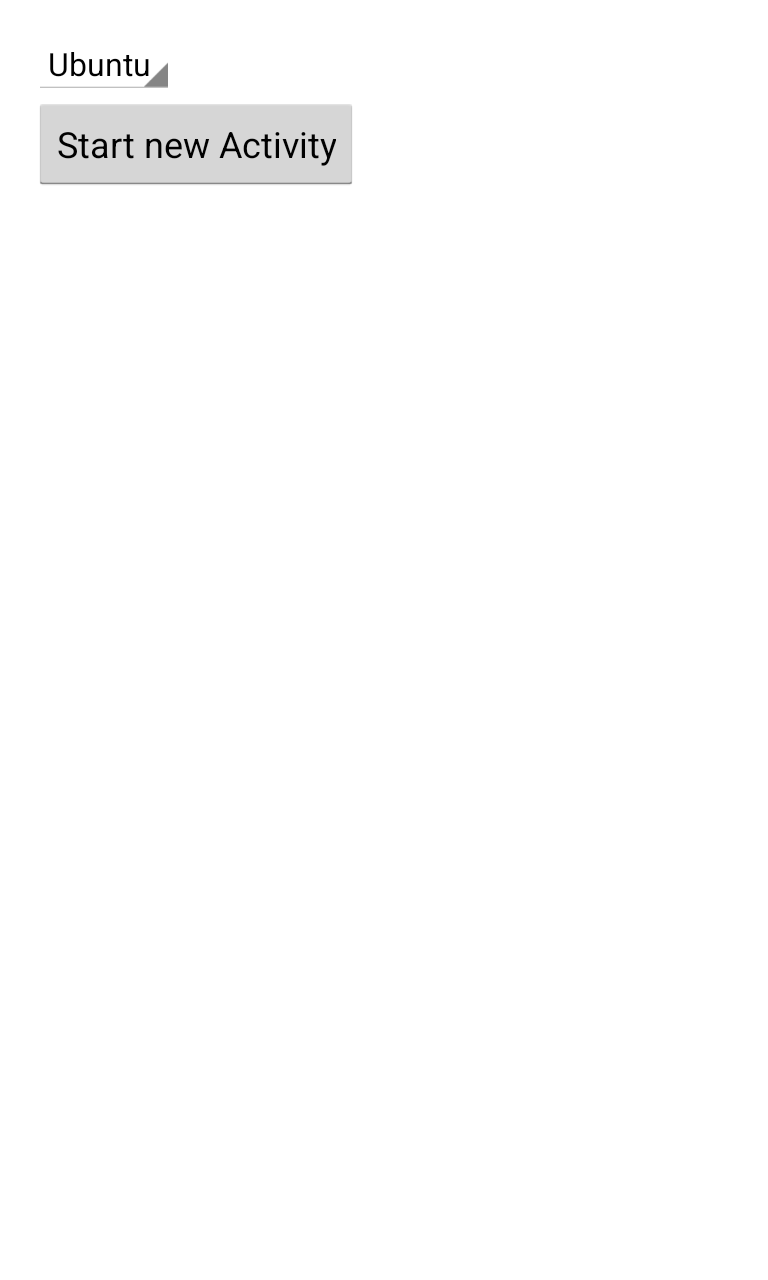
Repository: khaidzir/IF3111-T1-Lifecycle
Layout: Android Life Cycle/LifeCycle/res/layout/activity_main.xml
These files come from the project's save history. The layout is drawn as it stood at one moment and after the next save; the edit follows.
It is drawn on a 768 x 1280 px phone screen (xhdpi) without system bars, with theme AppTheme; the app's code is not run.

Above is the layout before, as saved 2015-02-08 03:11:07.

### Android Life Cycle/LifeCycle/res/layout/activity_main.xml
<LinearLayout xmlns:android="http://schemas.android.com/apk/res/android"
    xmlns:tools="http://schemas.android.com/tools"
    android:id="@+id/LinearLayout1"
    android:layout_width="match_parent"
    android:layout_height="match_parent"
    android:orientation="vertical"
    android:paddingBottom="@dimen/activity_vertical_margin"
    android:paddingLeft="@dimen/activity_horizontal_margin"
    android:paddingRight="@dimen/activity_horizontal_margin"
    android:paddingTop="@dimen/activity_vertical_margin"
    tools:context=".MainActivity" >

    <Spinner
        android:id="@+id/spinner"
        android:layout_width="wrap_content"
        android:layout_height="wrap_content"
        android:layout_marginRight="58dp"
        android:entries="@array/operating_systems" />

    <Button
        android:id="@+id/button1"
        android:layout_width="wrap_content"
        android:layout_height="wrap_content"
        android:onClick="onClick"
        android:layout_gravity="bottom"
        android:text="Start new Activity" />

</LinearLayout>

### Android Life Cycle/LifeCycle/res/values/strings.xml
<?xml version="1.0" encoding="utf-8"?>
<resources>

    <string name="app_name">Life Cycle</string>
    <string name="hello_world">Hello world!</string>
    <string name="action_settings">Settings</string>
    <string-array name="operating_systems">
        <item >Ubuntu</item>
        <item >Android</item>
        <item >iOS</item>
    </string-array>

</resources>

Loaded but not shown: Android Life Cycle/LifeCycle/res/values/styles.xml (common file); Android Life Cycle/LifeCycle/res/values-v11/styles.xml (common file); Android Life Cycle/LifeCycle/res/values-v14/styles.xml (common file); Android Life Cycle/LifeCycle/res/values/dimens.xml (common file); Android Life Cycle/LifeCycle/res/values-w820dp/dimens.xml (common file)

After the next save:
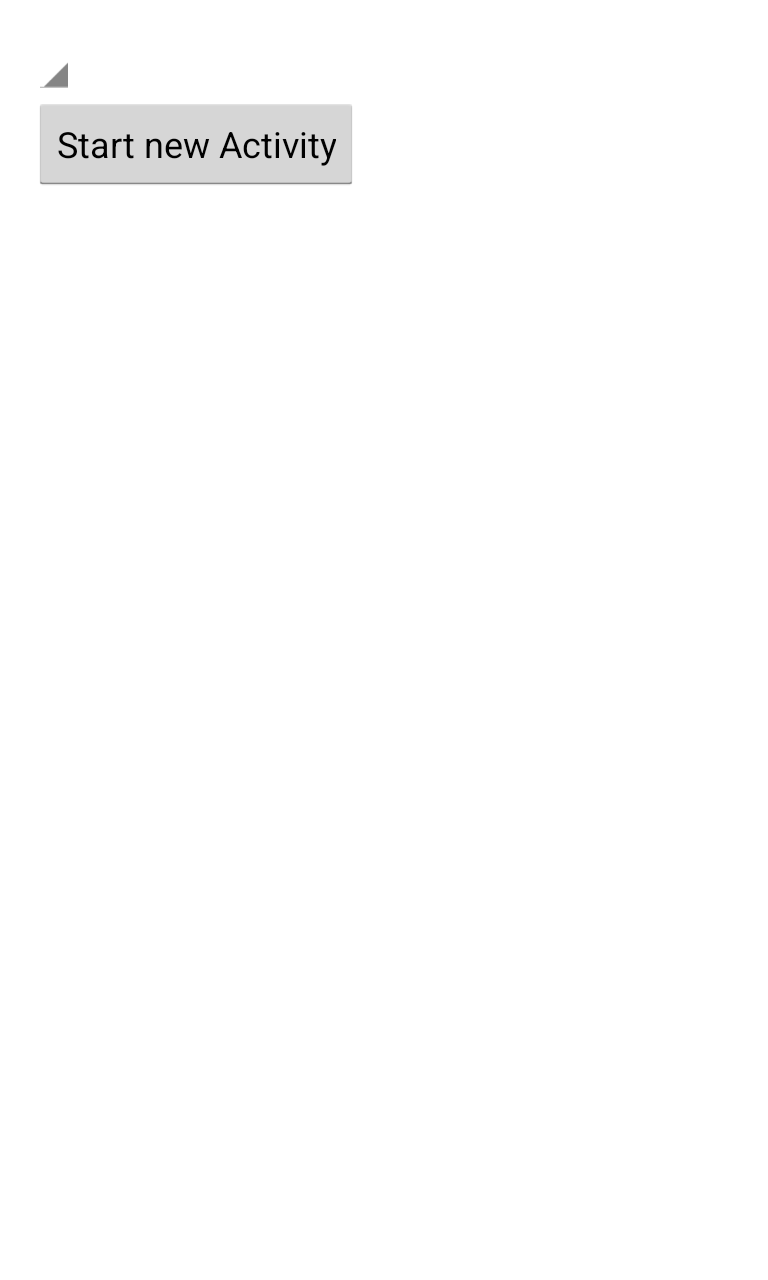
Saved 2 min 17 s later.
--- a/Android Life Cycle/LifeCycle/res/layout/activity_main.xml
+++ b/Android Life Cycle/LifeCycle/res/layout/activity_main.xml
@@ -14,8 +14,7 @@
         android:id="@+id/spinner"
         android:layout_width="wrap_content"
         android:layout_height="wrap_content"
-        android:layout_marginRight="58dp"
-        android:entries="@array/operating_systems" />
+        android:layout_marginRight="58dp"/>
 
     <Button
         android:id="@+id/button1"
